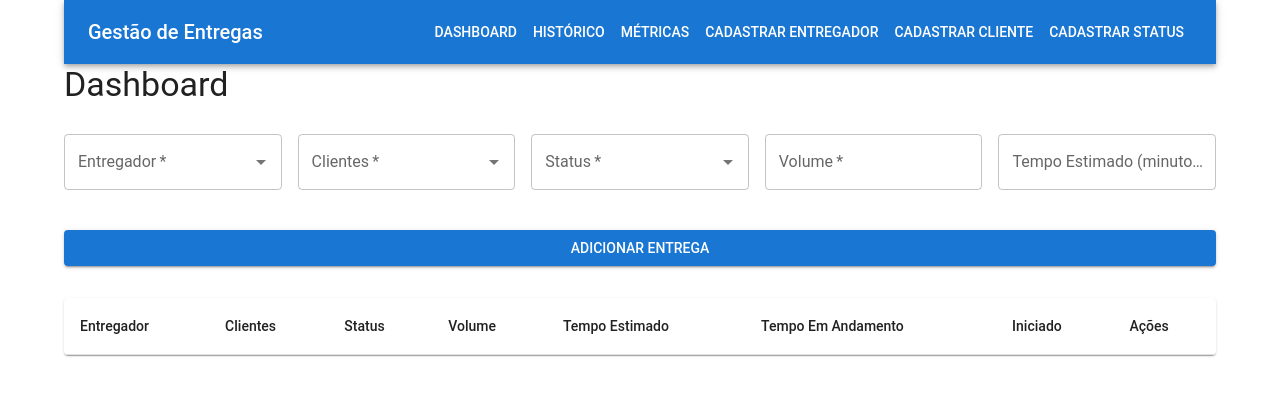
Repository: feliperanon/mobilegestao
Page: /dashboard (app in frontend/)
These files come from the project's save history. The page is drawn as it stood at one moment and after the next save; the edit follows.
The browser window is 1280 px wide. The pictures show the whole page.
The page's requests for data from a server got no answer. The project was rebuilt for these pictures with package versions that can differ from the ones it lists, and the page was loaded fresh each time. No one was signed in, and anything a server would have sent is missing. Also part of the build but not shown: frontend/webpack.config.js, frontend/src/pages/Home.js, frontend/src/pages/History.js, frontend/src/pages/Analysis.js, frontend/src/components/Login.js, frontend/src/components/Register.js, frontend/src/components/AddEntregador.js, frontend/src/components/AddCliente.js and 2 more.

Above is the page before, as saved 2024-07-20 19:17:10.

### frontend/public/index.html
<!-- frontend/public/index.html -->

<!DOCTYPE html>
<html lang="en">
<head>
    <meta charset="UTF-8">
    <meta name="viewport" content="width=device-width, initial-scale=1.0">
    <title>Mobile Gestão</title>
</head>
<body>
    <div id="root"></div>
</body>
</html>

### frontend/src/index.js
import React from 'react';
import { createRoot } from 'react-dom/client';
import { BrowserRouter as Router, Route, Routes } from 'react-router-dom';
import { ThemeProvider, createTheme } from '@mui/material/styles';
import CssBaseline from '@mui/material/CssBaseline';
import Home from './pages/Home';
import History from './pages/History';
import Analysis from './pages/Analysis';
import Dashboard from './components/Dashboard';
import Login from './components/Login';
import Register from './components/Register';
import AddEntregador from './components/AddEntregador';
import AddCliente from './components/AddCliente';
import AddStatus from './components/AddStatus';
import Metrics from './components/Metrics';

const theme = createTheme({
  palette: {
    primary: {
      main: '#1976d2',
    },
    secondary: {
      main: '#dc004e',
    },
  },
  typography: {
    fontFamily: 'Roboto, Arial, sans-serif',
  },
});

const container = document.getElementById('root');
const root = createRoot(container);

root.render(
  <ThemeProvider theme={theme}>
    <CssBaseline />
    <Router>
      <Routes>
        <Route path="/" element={<Home />} />
        <Route path="/login" element={<Login />} />
        <Route path="/register" element={<Register />} />
        <Route path="/dashboard" element={<Dashboard />} />
        <Route path="/history" element={<History />} />
        <Route path="/analysis" element={<Analysis />} />
        <Route path="/metrics" element={<Metrics />} />
        <Route path="/add-entregador" element={<AddEntregador />} />
        <Route path="/add-cliente" element={<AddCliente />} />
        <Route path="/add-status" element={<AddStatus />} />
      </Routes>
    </Router>
  </ThemeProvider>
);

### frontend/src/components/Dashboard.js
import React, { useEffect, useState } from 'react';
import axios from 'axios';
import {
  Container,
  Typography,
  Box,
  Button,
  Table,
  TableBody,
  TableCell,
  TableContainer,
  TableHead,
  TableRow,
  Paper,
  IconButton,
  Dialog,
  DialogActions,
  DialogContent,
  DialogContentText,
  DialogTitle,
} from '@mui/material';
import { Autocomplete, TextField } from '@mui/material';
import EditIcon from '@mui/icons-material/Edit';
import DeleteIcon from '@mui/icons-material/Delete';
import DoneIcon from '@mui/icons-material/Done';
import Navigation from './Navigation';

const Dashboard = () => {
  const [deliveries, setDeliveries] = useState([]);
  const [entregadores, setEntregadores] = useState([]);
  const [clientes, setClientes] = useState([]);
  const [statusList, setStatusList] = useState([]);
  const [entregador, setEntregador] = useState(null);
  const [selectedClientes, setSelectedClientes] = useState([]);
  const [status, setStatus] = useState(null);
  const [volume, setVolume] = useState('');
  const [tempoEstimado, setTempoEstimado] = useState('');
  const [editDialogOpen, setEditDialogOpen] = useState(false);
  const [editDeliveryId, setEditDeliveryId] = useState(null);
  const [editEntregador, setEditEntregador] = useState(null);
  const [deleteDialogOpen, setDeleteDialogOpen] = useState(false);
  const [deleteDeliveryId, setDeleteDeliveryId] = useState(null);

  useEffect(() => {
    const fetchData = async () => {
      const deliveriesRes = await axios.get('http://localhost:5008/api/deliveries');
      const updatedDeliveries = deliveriesRes.data.map(delivery => ({
        ...delivery,
        tempoEmAndamento: Math.floor((Date.now() - new Date(delivery.iniciado)) / 60000)
      }));
      setDeliveries(updatedDeliveries);

      const entregadoresRes = await axios.get('http://localhost:5008/api/lists/entregadores');
      setEntregadores(entregadoresRes.data);

      const clientesRes = await axios.get('http://localhost:5008/api/lists/clientes');
      setClientes(clientesRes.data);

      const statusRes = await axios.get('http://localhost:5008/api/lists/status');
      setStatusList(statusRes.data);
    };

    fetchData();

    const intervalId = setInterval(() => {
      setDeliveries((prevDeliveries) =>
        prevDeliveries.map((delivery) => ({
          ...delivery,
          tempoEmAndamento: Math.floor((Date.now() - new Date(delivery.iniciado)) / 60000)
        }))
      );
    }, 60000);

    return () => clearInterval(intervalId);
  }, []);

  const handleSubmit = async (e) => {
    e.preventDefault();
    try {
      const res = await axios.post('http://localhost:5008/api/deliveries', {
        entregador: entregador?.nome,
        clientes: selectedClientes.map(cliente => cliente.nome),
        status: status?.nome,
        volume,
        tempoEstimado,
      });
      setDeliveries([{
        ...res.data,
        tempoEmAndamento: 0
      }, ...deliveries]);
      setEntregador(null);
      setSelectedClientes([]);
      setStatus(null);
      setVolume('');
      setTempoEstimado('');
    } catch (err) {
      console.error(err);
    }
  };

  const handleEditSubmit = async (e) => {
    e.preventDefault();
    try {
      await axios.patch(`http://localhost:5008/api/deliveries/${editDeliveryId}`, { entregador: editEntregador?.nome });
      const updatedDeliveries = deliveries.map((delivery) =>
        delivery._id === editDeliveryId ? { ...delivery, entregador: editEntregador?.nome } : delivery
      );
      setDeliveries(updatedDeliveries);
      setEditDialogOpen(false);
      setEditDeliveryId(null);
      setEditEntregador(null);
    } catch (err) {
      console.error(err);
    }
  };

  const handleFinalize = async (id) => {
    try {
      await axios.patch(`http://localhost:5008/api/deliveries/${id}/finalize`);
      const updatedDeliveries = deliveries.filter((delivery) => delivery._id !== id);
      setDeliveries(updatedDeliveries);
    } catch (err) {
      console.error(err);
    }
  };

  const openDeleteDialog = (id) => {
    setDeleteDeliveryId(id);
    setDeleteDialogOpen(true);
  };

  const closeDeleteDialog = () => {
    setDeleteDialogOpen(false);
    setDeleteDeliveryId(null);
  };

  const handleDelete = async () => {
    try {
      await axios.delete(`http://localhost:5008/api/deliveries/${deleteDeliveryId}`);
      const updatedDeliveries = deliveries.filter((delivery) => delivery._id !== deleteDeliveryId);
      setDeliveries(updatedDeliveries);
      closeDeleteDialog();
    } catch (err) {
      console.error(err);
    }
  };

  const openEditDialog = (id, currentEntregador) => {
    setEditDeliveryId(id);
    setEditEntregador({ nome: currentEntregador });
    setEditDialogOpen(true);
  };

  const closeEditDialog = () => {
    setEditDialogOpen(false);
    setEditDeliveryId(null);
    setEditEntregador(null);
  };

  return (
    <Container>
      <Navigation />
      <Typography variant="h4" component="h1" gutterBottom>
        Dashboard
      </Typography>
      <Box component="form" onSubmit={handleSubmit} sx={{ mb: 4, display: 'flex', flexDirection: 'row', flexWrap: 'wrap', gap: 2 }}>
        <Autocomplete
          options={entregadores}
          getOptionLabel={(option) => option.nome}
          value={entregador}
          onChange={(event, newValue) => setEntregador(newValue)}
          renderInput={(params) => <TextField {...params} label="Entregador" margin="normal" fullWidth required />}
          sx={{ flex: 1 }}
        />
        <Autocomplete
          multiple
          options={clientes}
          getOptionLabel={(option) => option.nome}
          value={selectedClientes}
          onChange={(event, newValue) => setSelectedClientes(newValue)}
          renderInput={(params) => <TextField {...params} label="Clientes" margin="normal" fullWidth required />}
          sx={{ flex: 1 }}
        />
        <Autocomplete
          options={statusList}
          getOptionLabel={(option) => option.nome}
          value={status}
          onChange={(event, newValue) => setStatus(newValue)}
          renderInput={(params) => <TextField {...params} label="Status" margin="normal" fullWidth required />}
          sx={{ flex: 1 }}
        />
        <TextField
          label="Volume"
          type="number"
          value={volume}
          onChange={(e) => setVolume(e.target.value)}
          fullWidth
          required
          margin="normal"
          sx={{ flex: 1 }}
        />
        <TextField
          label="Tempo Estimado (minutos)"
          type="number"
          value={tempoEstimado}
          onChange={(e) => setTempoEstimado(e.target.value)}
          fullWidth
          required
          margin="normal"
          sx={{ flex: 1 }}
        />
        <Button type="submit" variant="contained" color="primary" sx={{ mt: 2, flexBasis: '100%' }}>
          Adicionar Entrega
        </Button>
      </Box>
      <TableContainer component={Paper}>
        <Table>
          <TableHead>
            <TableRow>
              <TableCell>Entregador</TableCell>
              <TableCell>Clientes</TableCell>
              <TableCell>Status</TableCell>
              <TableCell>Volume</TableCell>
              <TableCell>Tempo Estimado</TableCell>
              <TableCell>Tempo Em Andamento</TableCell>
              <TableCell>Iniciado</TableCell>
              <TableCell>Ações</TableCell>
            </TableRow>
          </TableHead>
          <TableBody>
            {deliveries.map((delivery) => (
              <TableRow key={delivery._id}>
                <TableCell>{delivery.entregador}</TableCell>
                <TableCell>{delivery.clientes.join(', ')}</TableCell>
                <TableCell>{delivery.status}</TableCell>
                <TableCell>{delivery.volume}</TableCell>
                <TableCell>{delivery.tempoEstimado}</TableCell>
                <TableCell>{delivery.tempoEmAndamento}</TableCell>
                <TableCell>{new Date(delivery.iniciado).toLocaleString()}</TableCell>
                <TableCell>
                  <IconButton onClick={() => openEditDialog(delivery._id, delivery.entregador)}>
                    <EditIcon />
                  </IconButton>
                  <IconButton onClick={() => handleFinalize(delivery._id)}>
                    <DoneIcon />
                  </IconButton>
                  <IconButton onClick={() => openDeleteDialog(delivery._id)}>
                    <DeleteIcon />
                  </IconButton>
                </TableCell>
              </TableRow>
            ))}
          </TableBody>
        </Table>
      </TableContainer>

      <Dialog open={editDialogOpen} onClose={closeEditDialog}>
        <DialogTitle>Editar Entregador</DialogTitle>
        <DialogContent>
          <DialogContentText>Selecione um novo entregador para a entrega.</DialogContentText>
          <Autocomplete
            options={entregadores}
            getOptionLabel={(option) => option.nome}
            value={editEntregador}
            onChange={(event, newValue) => setEditEntregador(newValue)}
            renderInput={(params) => <TextField {...params} label="Entregador" margin="normal" fullWidth required />}
          />
        </DialogContent>
        <DialogActions>
          <Button onClick={closeEditDialog}>Cancelar</Button>
          <Button onClick={handleEditSubmit} color="primary">Salvar</Button>
        </DialogActions>
      </Dialog>

      <Dialog open={deleteDialogOpen} onClose={closeDeleteDialog}>
        <DialogTitle>Confirmar Exclusão</DialogTitle>
        <DialogContent>
          <DialogContentText>Tem certeza de que deseja excluir esta entrega?</DialogContentText>
        </DialogContent>
        <DialogActions>
          <Button onClick={closeDeleteDialog}>Cancelar</Button>
          <Button onClick={handleDelete} color="primary">Excluir</Button>
        </DialogActions>
      </Dialog>
    </Container>
  );
};

export default Dashboard;

### frontend/src/components/Navigation.js
import React from 'react';
import { Link } from 'react-router-dom';
import { AppBar, Toolbar, Typography, Button } from '@mui/material';

const Navigation = () => {
  return (
    <AppBar position="static">
      <Toolbar>
        <Typography variant="h6" sx={{ flexGrow: 1 }}>
          Gestão de Entregas
        </Typography>
        <Button color="inherit" component={Link} to="/dashboard">Dashboard</Button>
        <Button color="inherit" component={Link} to="/history">Histórico</Button>
        <Button color="inherit" component={Link} to="/metrics">Métricas</Button>
        <Button color="inherit" component={Link} to="/add-entregador">Cadastrar Entregador</Button>
        <Button color="inherit" component={Link} to="/add-cliente">Cadastrar Cliente</Button>
        <Button color="inherit" component={Link} to="/add-status">Cadastrar Status</Button>
      </Toolbar>
    </AppBar>
  );
};

export default Navigation;

After the next save:
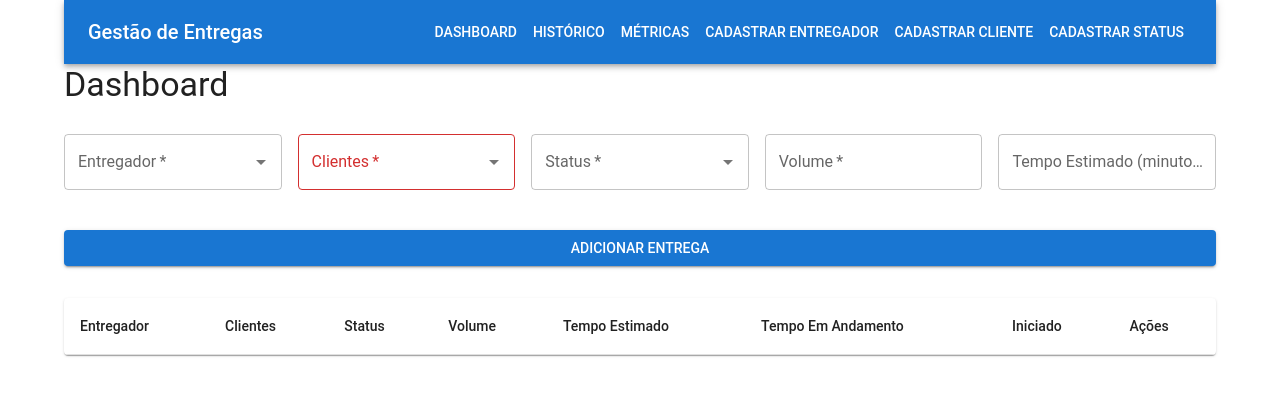
Saved 4 min 54 s later.
--- a/frontend/src/components/Dashboard.js
+++ b/frontend/src/components/Dashboard.js
@@ -178,7 +178,7 @@
           getOptionLabel={(option) => option.nome}
           value={selectedClientes}
           onChange={(event, newValue) => setSelectedClientes(newValue)}
-          renderInput={(params) => <TextField {...params} label="Clientes" margin="normal" fullWidth required />}
+          renderInput={(params) => <TextField {...params} label="Clientes" margin="normal" fullWidth required error={selectedClientes.length === 0} />}
           sx={{ flex: 1 }}
         />
         <Autocomplete
@@ -231,7 +231,7 @@
             {deliveries.map((delivery) => (
               <TableRow key={delivery._id}>
                 <TableCell>{delivery.entregador}</TableCell>
-                <TableCell>{delivery.clientes.join(', ')}</TableCell>
+                <TableCell>{Array.isArray(delivery.clientes) ? delivery.clientes.join(', ') : delivery.clientes}</TableCell>
                 <TableCell>{delivery.status}</TableCell>
                 <TableCell>{delivery.volume}</TableCell>
                 <TableCell>{delivery.tempoEstimado}</TableCell>

After the 3 saves that followed:
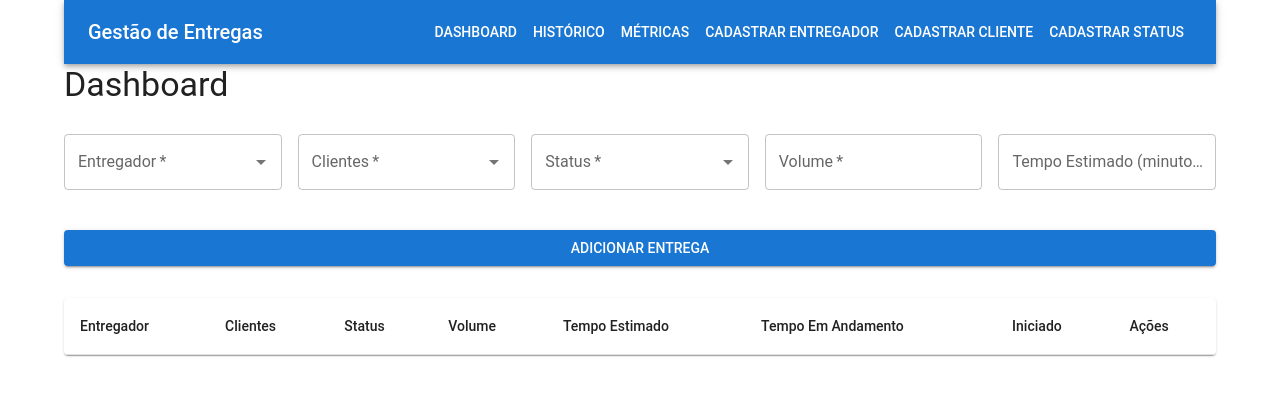
The 3 saves are shown as one change because 2 left the picture as it was.
The last was saved 11 min 33 s later.
--- a/frontend/src/components/Dashboard.js
+++ b/frontend/src/components/Dashboard.js
@@ -124,16 +124,6 @@
     }
   };
 
-  const openDeleteDialog = (id) => {
-    setDeleteDeliveryId(id);
-    setDeleteDialogOpen(true);
-  };
-
-  const closeDeleteDialog = () => {
-    setDeleteDialogOpen(false);
-    setDeleteDeliveryId(null);
-  };
-
   const handleDelete = async () => {
     try {
       await axios.delete(`http://localhost:5008/api/deliveries/${deleteDeliveryId}`);
@@ -155,6 +145,16 @@
     setEditDialogOpen(false);
     setEditDeliveryId(null);
     setEditEntregador(null);
+  };
+
+  const openDeleteDialog = (id) => {
+    setDeleteDeliveryId(id);
+    setDeleteDialogOpen(true);
+  };
+
+  const closeDeleteDialog = () => {
+    setDeleteDialogOpen(false);
+    setDeleteDeliveryId(null);
   };
 
   return (
@@ -178,7 +178,7 @@
           getOptionLabel={(option) => option.nome}
           value={selectedClientes}
           onChange={(event, newValue) => setSelectedClientes(newValue)}
-          renderInput={(params) => <TextField {...params} label="Clientes" margin="normal" fullWidth required error={selectedClientes.length === 0} />}
+          renderInput={(params) => <TextField {...params} label="Clientes" margin="normal" fullWidth required />}
           sx={{ flex: 1 }}
         />
         <Autocomplete
@@ -231,7 +231,7 @@
             {deliveries.map((delivery) => (
               <TableRow key={delivery._id}>
                 <TableCell>{delivery.entregador}</TableCell>
-                <TableCell>{Array.isArray(delivery.clientes) ? delivery.clientes.join(', ') : delivery.clientes}</TableCell>
+                <TableCell>{(delivery.clientes || []).join(', ')}</TableCell>
                 <TableCell>{delivery.status}</TableCell>
                 <TableCell>{delivery.volume}</TableCell>
                 <TableCell>{delivery.tempoEstimado}</TableCell>
